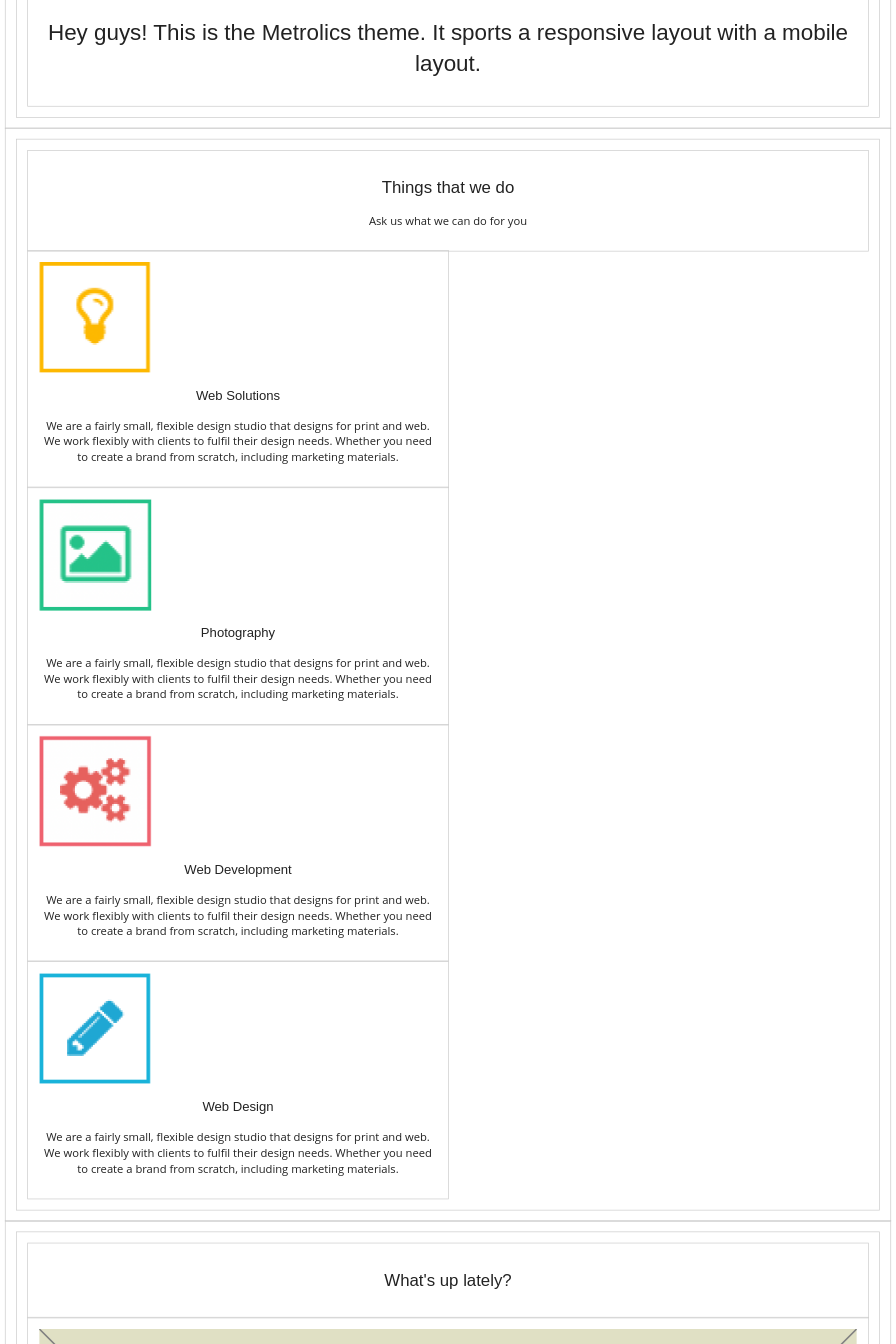
Repository: lpcmendoza/LAB02BF_Group9
Page: index.html
An editor plug-in stored every save of this project. The page is shown before and after the next save, followed by the edit.
The browser window is 1280 px wide. The pictures show the part of the page from y = 1556 to 3476 px (the page is 15832 px tall), at 70% of full size.

Above is the page before, as saved 2024-02-11 21:52:51.

After the next save:
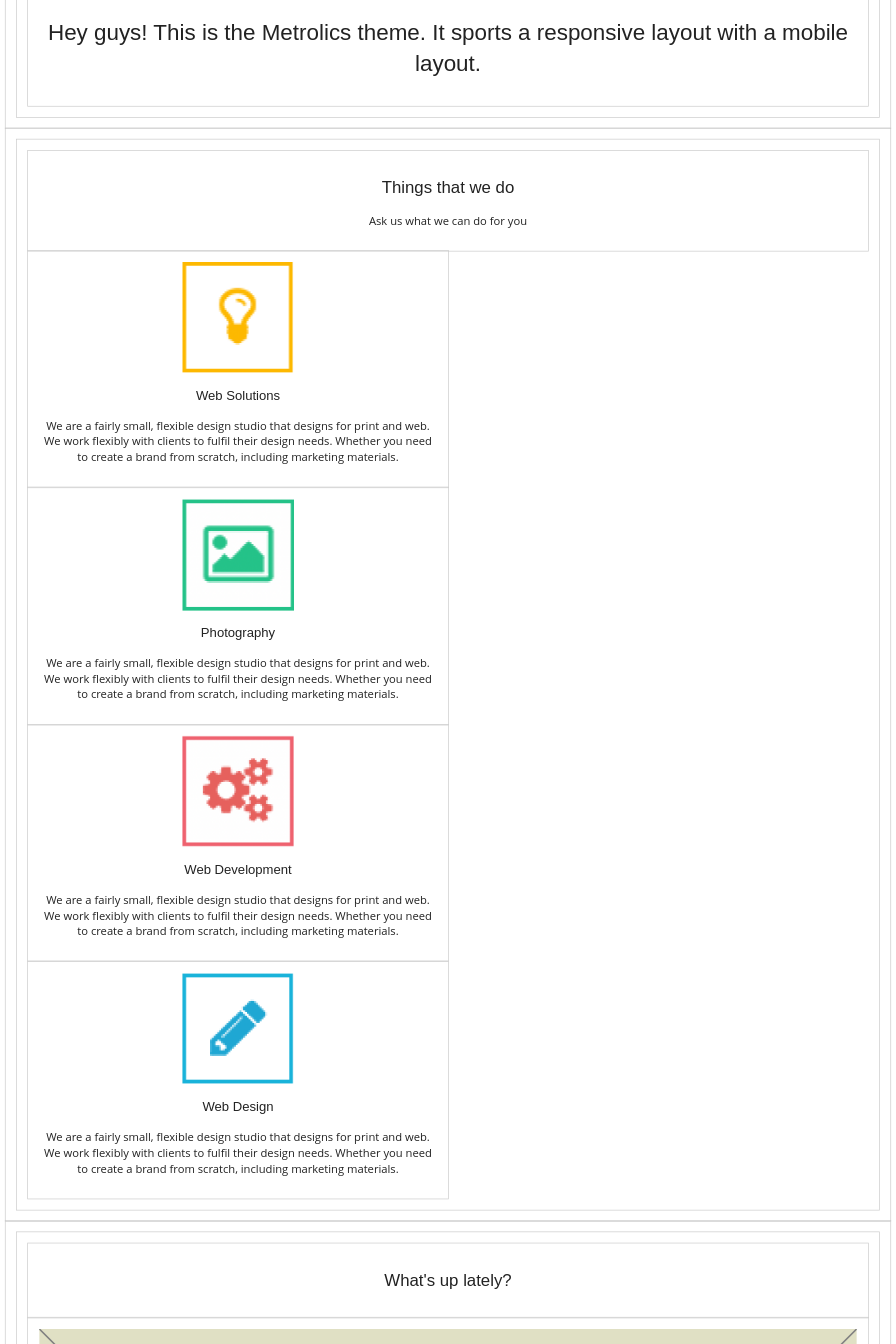
Saved 2 min 20 s later.
--- a/css/style.css
+++ b/css/style.css
@@ -243,7 +243,10 @@
   .icons {
     max-width: 10em;
     max-height: 10em;
-    align-self: center;
+    display: block;
+    margin-left: auto;
+    margin-right: auto;
+    width: 50%;
 }
 
   .what-we-do-container-header {
